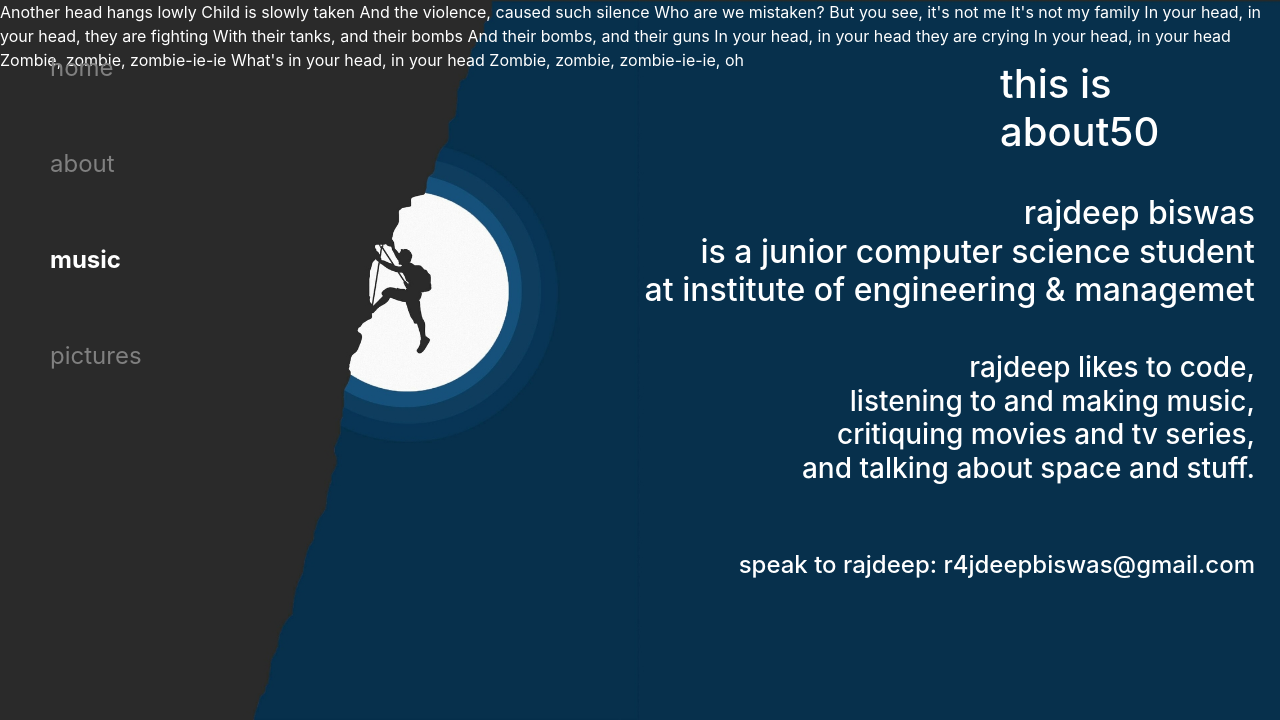
Repository: rajdeep-biswas/allofc50-iguess
Page: pset5/homepage/music.html
The author's editor kept a record of every edit. The page is drawn from the files as they stood at one moment, then again after the next edit.
The browser window is 1280 px wide. The pictures show the whole page.

Above is the page before.

### pset5/homepage/music.html
<!DOCTYPE html>

<html lang="en">
    <head>
        <link href="https://stackpath.bootstrapcdn.com/bootstrap/4.1.3/css/bootstrap.min.css" rel="stylesheet">
        <link href="styles.css" rel="stylesheet">
        <title>music</title>
    </head>

    <body>
        <div>
            <ul>
                <li><a href="index.html">home</a></li>
                <li><a href="about.html">about</a></li>
                <li>music</li>
                <li><a href="pictures.html">pictures</a></li>
            </ul>
        </div>
        <div class="qbody">
            <h1 class="shiftRight">this is about50</h1>
            <h2><br />rajdeep biswas<br />is a junior computer science student<br />at institute of engineering & managemet</h2>
            <h3><br />rajdeep likes to code,<br />listening to and making music,<br />
                critiquing movies and tv series,<br />
                and talking about space and stuff.</h3>
            <h4><br /><br />speak to rajdeep: r4jdeepbiswas@gmail.com</h4>
        </div>
    </body>

    <p>Another head hangs lowly
Child is slowly taken
And the violence, caused such silence
Who are we mistaken?
But you see, it's not me
It's not my family
In your head, in your head, they are fighting
With their tanks, and their bombs
And their bombs, and their guns
In your head, in your head they are crying
In your head, in your head
Zombie, zombie, zombie-ie-ie
What's in your head, in your head
Zombie, zombie, zombie-ie-ie, oh</p>
</html>

### pset5/homepage/styles.css
body {
    background: url("/bg.jpg");
    background-size: cover;
    color: white;
}

ul {
    list-style: none;
}

li {
    padding: 50px 10px 10px 10px;
    color: #FFF;
    font-size: 24px;
    font-weight: bold;
}

a {
    color: grey;
    font-weight: normal;
}

a:hover {
    padding-left: 5px;
    color: #BBB;
    text-decoration: none;
    font-weight: bold;
}

div {
    position: absolute;
}

.qbody {
    margin: 30px 0 0 200px;
}

.shiftRight {
    margin: 30px 0 0 800px;
}

h5, h4, h3, h2 {
    text-align: right;
    padding-right: 25px;
}

After the next edit:
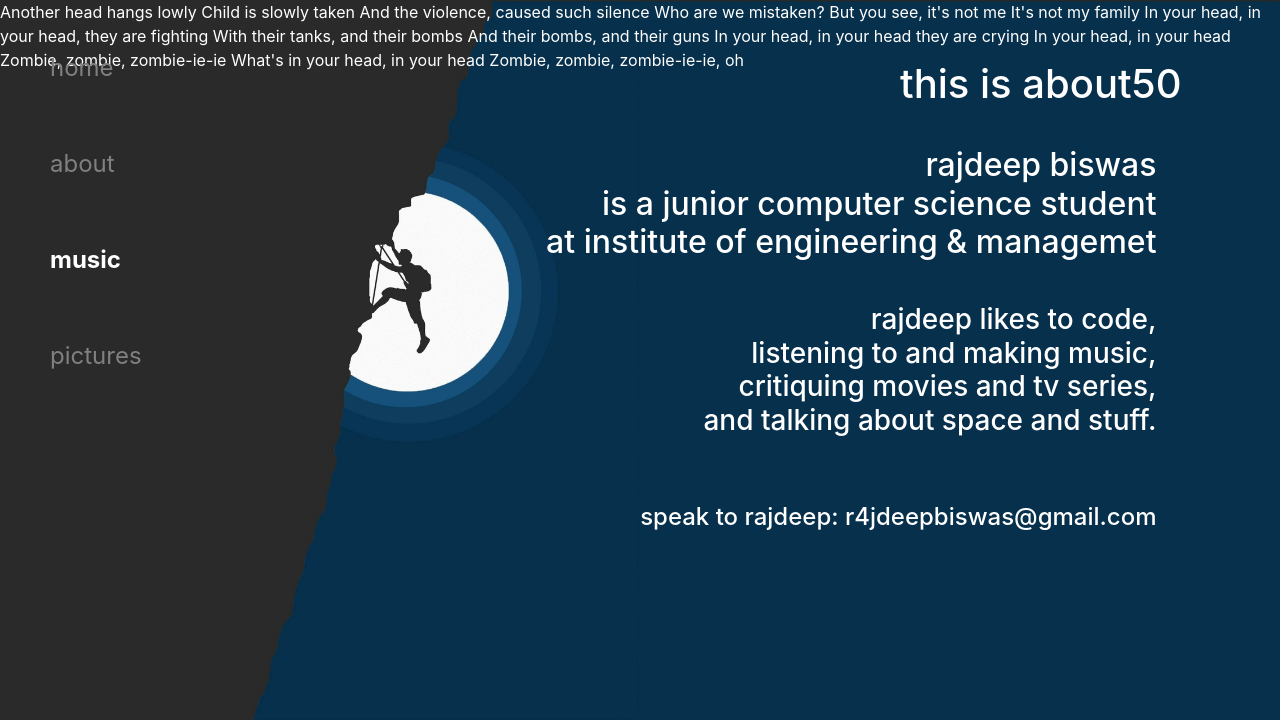
The edit:
--- a/pset5/homepage/styles.css
+++ b/pset5/homepage/styles.css
@@ -36,7 +36,7 @@
 }
 
 .shiftRight {
-    margin: 30px 0 0 800px;
+    margin: 30px 0 0 700px;
 }
 
 h5, h4, h3, h2 {
